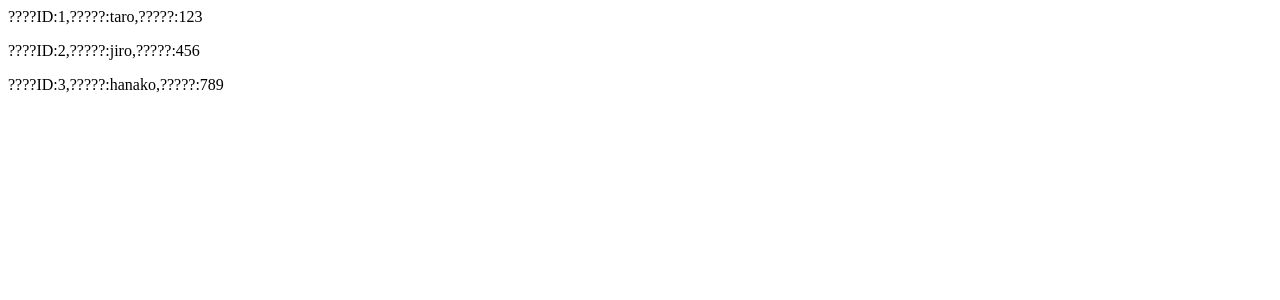
Repository: Sakamoto-Akira/test
Page: http://localhost/HelloServlet/MySQLServlet
These files come from the project's save history. The page is drawn as it stood at one moment and after the next save; the edit follows.
The browser window is 1280 px wide. The pictures show the whole page.
The page is served by Tomcat 9. The database holds what the project's SQL file puts in it.

Above is the page before, as saved 2019-04-23 05:50:09.

After the next save:
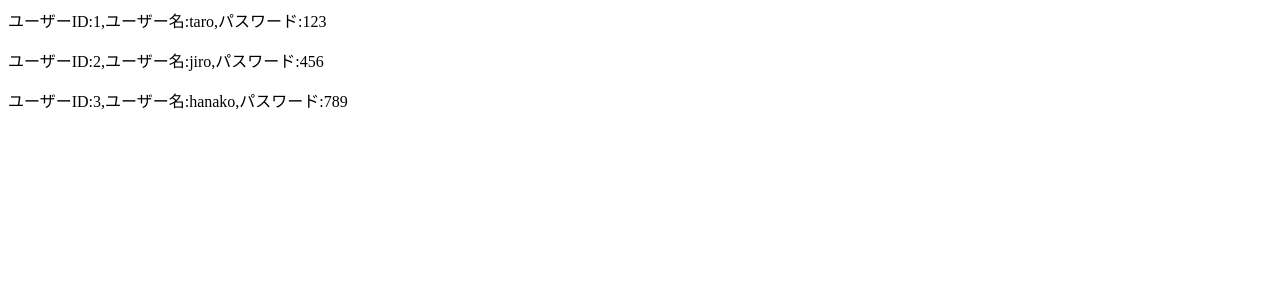
Saved 7 min 38 s later.
--- a/HelloServlet/src/MySQLServlet.java
+++ b/HelloServlet/src/MySQLServlet.java
@@ -32,7 +32,7 @@ public class MySQLServlet extends HttpServlet {
 	ServletException, IOException {
 		// TODO Auto-generated method stub
 		request.setCharacterEncoding("UTF-8");
-		response.setContentType("text/html;chaeset=UTF-8");
+		response.setContentType("text/html;charset=UTF-8");
 
 		PrintWriter out = response.getWriter();
 
